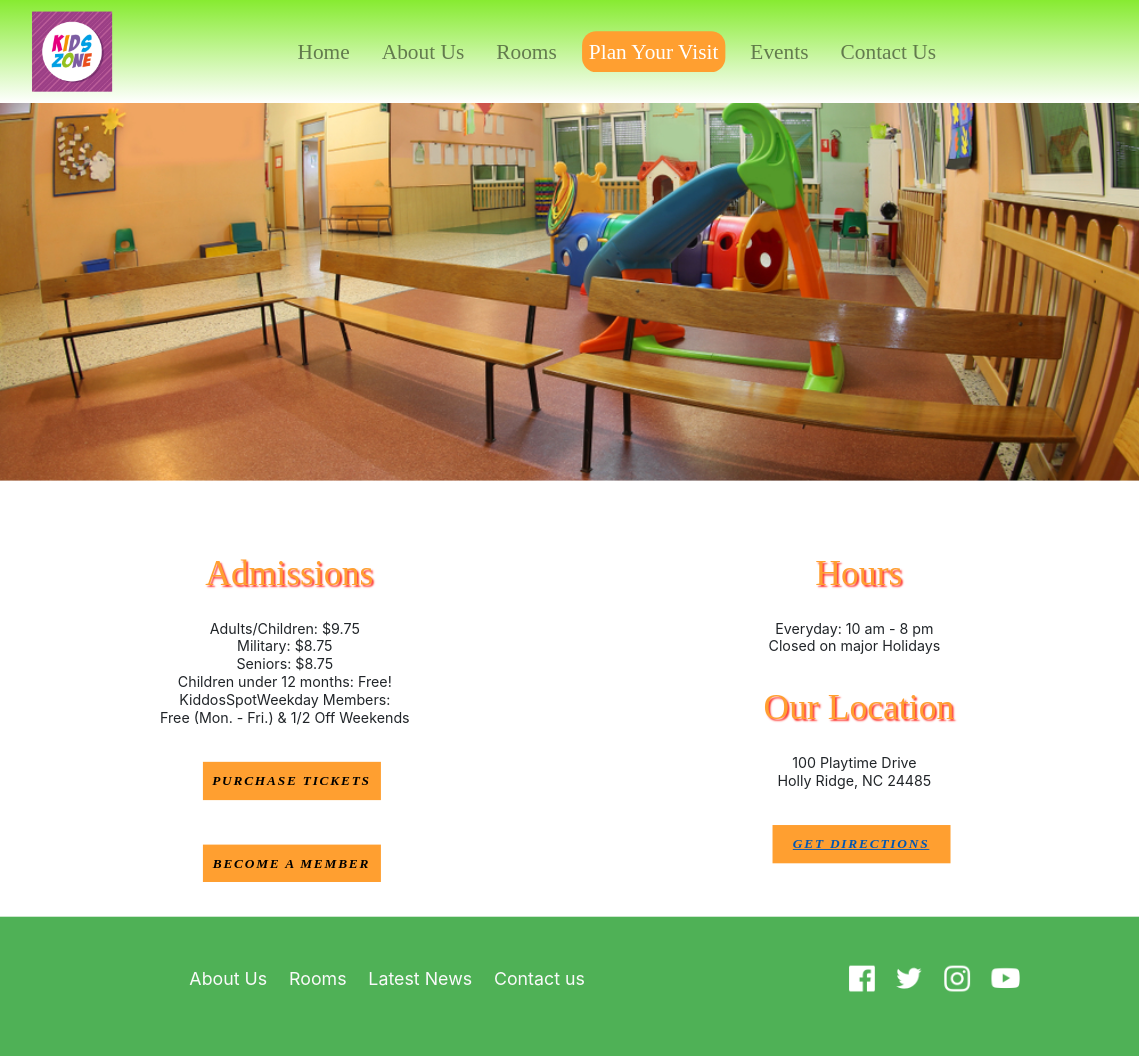
Repository: Code-Institute-Submissions/my-first-frontend-milestone-project
Page: planyourvisit.html
The author's editor kept a record of every edit. The page is drawn from the files as they stood at one moment, then again after the next edit.
The browser window is 1280 px wide. The pictures show the whole page, at 89% of full size.
The pointer rests on the first visible `.getdirections-btn`.
Some web fonts or font styles are not loaded; a fallback is used.

Above is the page before.

After the next edit:
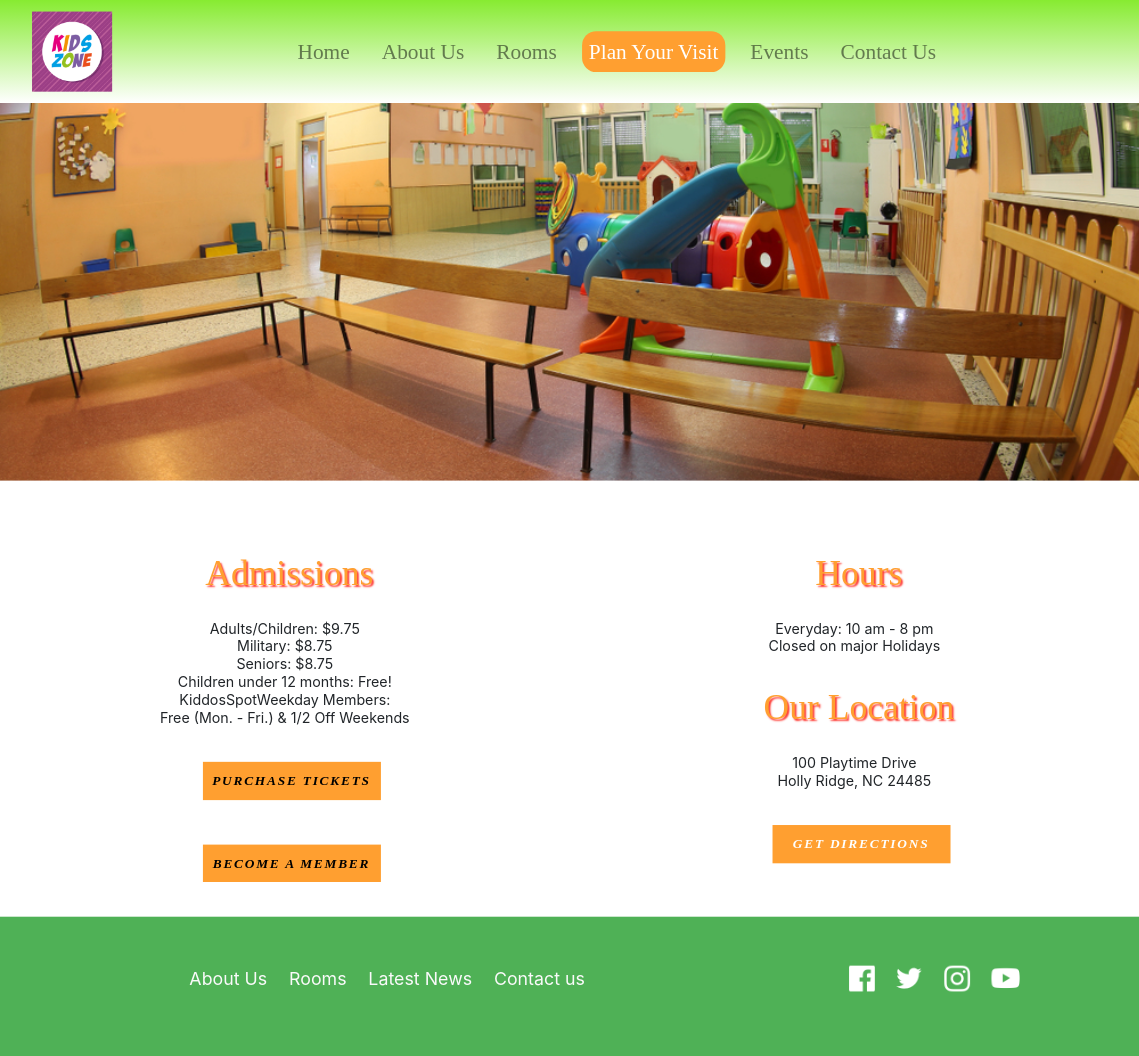
The edit:
--- a/css/style.css
+++ b/css/style.css
@@ -466,6 +466,12 @@
     margin-left:15px; */
 }
 
+.getdirections-btn:hover {
+    background:#FF9F30;
+    color:white;
+    text-decoration: none;
+}
+
 .gettickets-btn{
     display:inline-block;
     width: 200px;
